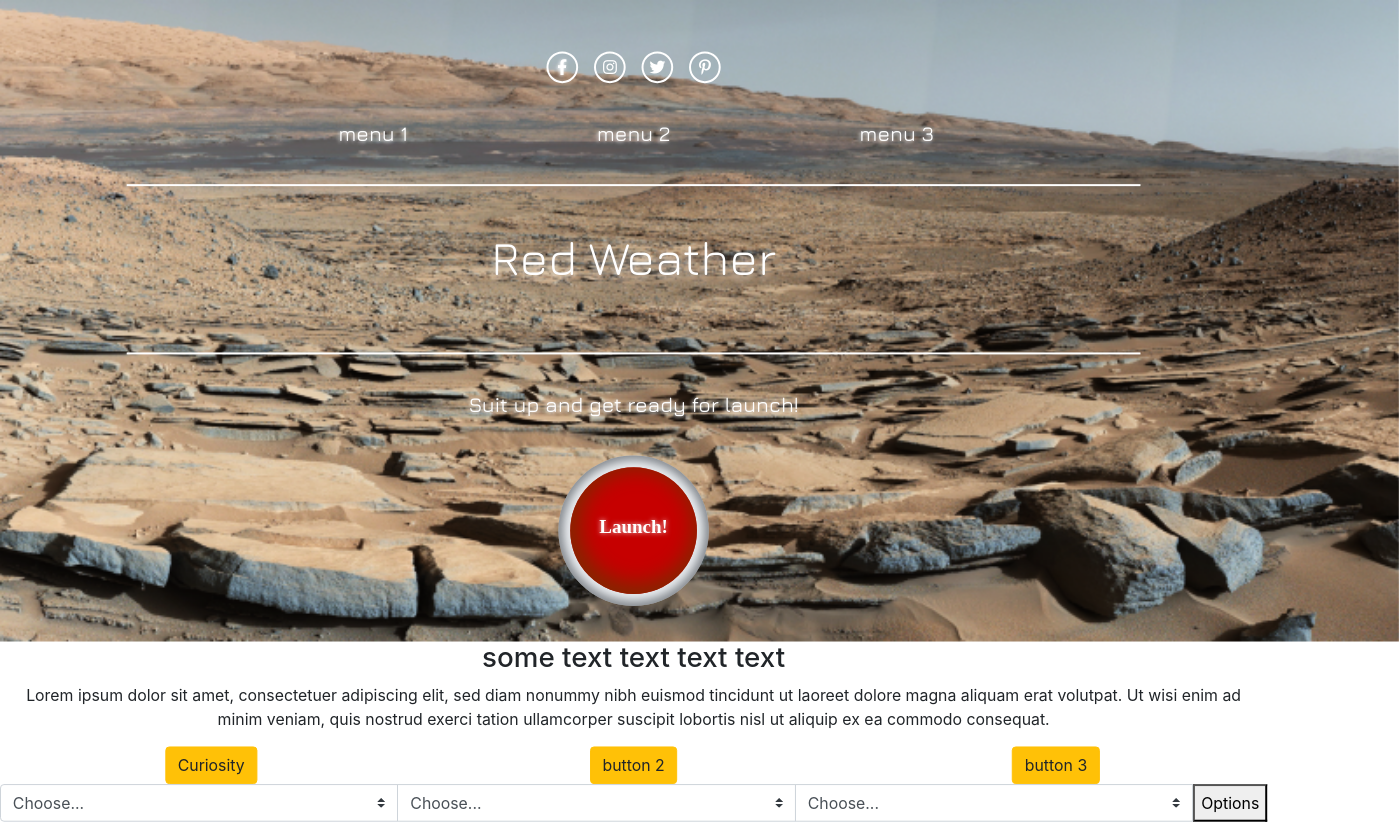
Repository: romqrq/Red-Planet-Explorer
Page: index.html
The author's editor kept a record of every edit. The page is drawn from the files as they stood at one moment, then again after the next edit.
The browser window is 1280 px wide. The page is 1413 px wide, so the pictures cover 1413 px, including what lies to the right of the window. The pictures show the whole page, at 99% of full size.
Some web fonts or font styles are not loaded; a fallback is used. Some web libraries are served in a nearby version.

Above is the page before.
Console error (its wording comes from the project's code and is left out).

### index.html
<!DOCTYPE html>
<html lang="en">

<head>
    <meta charset="UTF-8">
    <meta name="viewport" content="width=device-width, initial-scale=1.0">
    <meta http-equiv="X-UA-Compatible" content="ie=edge">
    <title>Red Weather</title>
    <link rel="stylesheet" href="https://cdnjs.cloudflare.com/ajax/libs/font-awesome/5.10.2/css/all.min.css" type="text/css" />
    <link rel="stylesheet" href="https://stackpath.bootstrapcdn.com/bootstrap/4.3.1/css/bootstrap.min.css" crossorigin="anonymous">
    <link rel="stylesheet" href="assets/css/style.css" type="text/css" />

    <script type="text/javascript" src="assets/js/main.js"></script>
    <!--<script type="text/javascript" src="assets/js/main2.js"></script>-->
    <!--<script type="text/javascript" src="assets/js/main3.js"></script>-->

</head>

<body>
    <header>
        <div class="container-fluid main-screen-container">
            <img class="testbg" src="assets/images/mars.png"></img>
            <div class="row social-row">
                <div class="col-12 social-col">
                    <i class="fab fa-facebook-f round-border text-shadow"></i>
                    <i class="fab fa-instagram round-border"></i>
                    <i class="fab fa-twitter round-border"></i>
                    <i class="fab fa-pinterest-p round-border"></i>
                </div>
            </div>
            <div class="row" role="navigation">
                <a class="col-4 text-right main-text-light text-shadow" href="#">menu 1</a>
                <a class="col-4 text-center main-text-light text-shadow" href="#">menu 2</a>
                <a class="col-4 text-left main-text-light text-shadow" href="#">menu 3</a>
            </div>
            <hr class="hr-divider">
            <div class="row">
                <div class="col-12 text-center">
                    <p class="main-title title-shadow">Red Weather</p>
                </div>
            </div>
            <hr class="hr-divider">
            <div class="row">
                <div class="col-12">
                    <p class="main-text-light text-center text-shadow">Suit up and get ready for launch!</p>
                </div>
            </div>
            <div>
                <div class="launch-button-div">
                    <button class="btn launch-button">Launch!</button>
                </div>
            </div>
            <!--<div class="row">-->
            <!--    <div class=navbar>-->
            <!--        <ul class="navbar-nav">-->
            <!--            <li class="nav-item">-->
            <!--                <a href="#" class="nav-link">menu button 1</a>-->
            <!--            </li>-->
            <!--            <li class="nav-item">-->
            <!--                <a href="#" class="nav-link">menu button 2</a>-->
            <!--            </li>-->
            <!--            <li class="nav-item">-->
            <!--                <a href="#" class="nav-link">menu button 3</a>-->
            <!--            </li>-->
            <!--        </ul>-->
            <!--    </div>-->
            <!--</div>-->
        </div>
        <!--<nav class="navbar navbar-expand-md navbar-dark bg-blue">-->
        <!-- Brand -->
        <!--    <a class="brand-text" href="#"><span class="NE-text">RW</span> | Red Weather</a>-->

        <!-- Toggler/collapsibe Button -->
        <!--    <button class="navbar-toggler" type="button" data-toggle="collapse" data-target="#collapsibleNavbar">-->
        <!--        <span class="navbar-toggler-icon"></span>-->
        <!--    </button>-->

        <!-- Navbar links -->
        <!--    <div class="collapse navbar-collapse" id="collapsibleNavbar">-->
        <!--        <ul class="navbar-nav">-->
        <!--            <li class="nav-item">-->
        <!--                <a class="nav-link" href="#">Link</a>-->
        <!--            </li>-->
        <!--            <li class="nav-item">-->
        <!--                <a class="nav-link" href="#">Link</a>-->
        <!--            </li>-->
        <!--            <li class="nav-item">-->
        <!--                <a class="nav-link" href="#">Link</a>-->
        <!--            </li>-->
        <!--        </ul>-->
        <!--    </div>-->
        <!--</nav>-->
    </header>
    <section class="callout">
        <div class="container-fluid text-center align-middle">
            <div>
                <h3>some text text text text</h3>
                <p>Lorem ipsum dolor sit amet, consectetuer adipiscing elit, sed diam nonummy nibh euismod tincidunt ut laoreet dolore magna aliquam erat volutpat. Ut wisi enim ad minim veniam, quis nostrud exerci tation ullamcorper suscipit lobortis nisl
                    ut aliquip ex ea commodo consequat.</pp>
            </div>
            <div class="row">
                <div class="col-4">
                    <button class="btn btn-warning" onclick="setRover("curiosity")">Curiosity</button>
                </div>
                <div class="col-4">
                    <button class="btn btn-warning" onclick="setDate(" 2015-6-3 ")">button 2</button>
                </div>
                <div class="col-4">
                    <button class="btn btn-warning" onclick="setCam(" FHAZ ")">button 3</button>
                </div>
            </div>
        </div>
    </section>

    <div class="input-group mb-3">
        <select class="custom-select" id="input1">
    <option selected>Choose...</option>
    <option value="curiosity">Curiosity</option>
    <option value="spirit">Spirit</option>
    <option value="3">Three</option>
  </select>
        <select class="custom-select" id="input2">
    <option selected>Choose...</option>
    <option value="2015-6-3">2015-6-3</option>
    <option value="2015-6-4">2015-6-4</option>
    <option value="2015-6-5">2015-6-5</option>
  </select>
        <select class="custom-select" id="input3">
    <option selected>Choose...</option>
    <option value="fhaz">FHAZ</option>
    <option value="rhaz">RHAZ</option>
    <option value="mast">Mast</option>
  </select>
        <button onclick="nameThem()">Options</button>
    </div>


    <div id="data"></div>
    <footer>

    </footer>
    <script src="https://code.jquery.com/jquery-3.3.1.slim.min.js" integrity="sha384-q8i/X+965DzO0rT7abK41JStQIAqVgRVzpbzo5smXKp4YfRvH+8abtTE1Pi6jizo" crossorigin="anonymous"></script>
    <script src="https://cdnjs.cloudflare.com/ajax/libs/popper.js/1.14.7/umd/popper.min.js" integrity="sha384-UO2eT0CpHqdSJQ6hJty5KVphtPhzWj9WO1clHTMGa3JDZwrnQq4sF86dIHNDz0W1" crossorigin="anonymous"></script>
    <script src="https://stackpath.bootstrapcdn.com/bootstrap/4.3.1/js/bootstrap.min.js" integrity="sha384-JjSmVgyd0p3pXB1rRibZUAYoIIy6OrQ6VrjIEaFf/nJGzIxFDsf4x0xIM+B07jRM" crossorigin="anonymous"></script>

</body>

</html>

### assets/css/style.css
/*General*/

@import url('https://fonts.googleapis.com/css?family=Revalia|Roboto:400,500|Jura:300,400,500&display=swap');

.testbg {
    position: absolute;
    top: 0;
    left: 0;
    height: 90vh;
    z-index: -1;
}

a {
    text-decoration: none;
    color: inherit;

}

/*.bg-blue {*/

/*    background-color: #01479e;*/

/*}*/

/*.callout {*/

/*    background-color: #e9ecefb0;*/

/*    height: 50vh;*/

/*}*/

.title-shadow {
    text-shadow: -1px 3px 8px #ffffff9e;
}

.text-shadow {
    text-shadow: -1px 1px 4px #ffffff;
}

.no-side-padding {
    padding-left: 0;
    padding-right: 0;
}

.main-screen-container {
    height: 90vh;
    padding: 1rem;
    /*background-image: url("mars.png");*/
    /*background-position: center;*/
    /*background-repeat: no-repeat;*/
    /*background-size: cover;*/
    /*background-color: black;*/
    display: flex;
    flex-direction: column;
    justify-content: space-evenly;
}

.social-row {
    padding: 1rem;
}

.social-col {
    flex-direction: row;
    display: flex;
    justify-content: center;
}

.round-border {
    border-radius: 50%;
    height: 2rem;
    border: 2px solid white;
    width: 2rem;
    justify-content: center;
    display: flex;
    line-height: 1.8rem;
    color: white;
    margin: 0 0.5rem;
}

.main-text-light {
    color: white;
    font-family: "Jura", "Revalia";
    font-weight: 500;
    font-size: 1.3rem;
}

.main-title {
    font-family: "Revalia", "Jura";
    font-size: 3rem;
    color: white;
    padding: 0 0 0.5rem;
}

.hr-divider {
    border-top: 2px solid rgb(255, 255, 255);
    width: 80vw;
}

.launch-button-div {
    height: 9.5rem;
    width: 9.5rem;
    background-color: #e9ecef;
    padding: 0.75rem;
    border-radius: 50%;
    box-shadow: inset 0px 0px 9px 5px #343a408a;
    margin: auto;
}

.launch-button {
    background-color: #c60000;
    color: white;
    border: 0px solid white;
    font-size: 1.2rem;
    font-family: "Revalia";
    font-weight: 700;
    text-shadow: 0px 0px 5px #ffffffcf;
    padding: 0.5rem 1rem 1rem;
    height: 8rem;
    width: 8rem;
    border-radius: 50%;
    box-shadow: inset 3px -4px 20px 7px #842600;
}

/*.main-subtitle {*/

/*    color: white;*/

/*    font-family: "Jura", "Revalia";*/

/*    font-weight: 500;*/

/*    font-size: 1.3rem;*/

/*}*/

### assets/js/main.js
var roverName = "curiosity";
var solNumber = ""; //"&sol=1000";
var camName = "&camera=FHAZ";
var pageNumber = ""; //"&page=1"
var earthDate = "" //"earth_date=2015-6-3"

//WORKS xhr.open("GET", "https://api.nasa.gov/insight_weather/?api_key=unJZiQapXhyZamSl37P8FEh7Zlssi7xmaIF4l95b&feedtype=json&ver=1.0");
//WORKS xhr.open("GET", "https://api.nasa.gov/mars-photos/api/v1/rovers/curiosity/latest_photos?api_key=unJZiQapXhyZamSl37P8FEh7Zlssi7xmaIF4l95b&feedtype=json&ver=1.0");
//WORKS xhr.open("GET", "https://api.nasa.gov/mars-photos/api/v1/manifests/curiosity?api_key=unJZiQapXhyZamSl37P8FEh7Zlssi7xmaIF4l95b&feedtype=json&ver=1.0");
function nameThem(cb) {
	var firstInput = document.getElementById("input1");
	var roverName = firstInput.options[firstInput.selectedIndex].value;

	var secondInput = document.getElementById("input2");
	var earthDate = `earth_date=${secondInput.options[secondInput.selectedIndex].value}`;

	var thirdInput = document.getElementById("input3");
	var camName = `&camera=${thirdInput.options[thirdInput.selectedIndex].value}`;

	var xhr = new XMLHttpRequest();
	xhr.open("GET", `https://api.nasa.gov/mars-photos/api/v1/rovers/${roverName}/photos?${earthDate}${solNumber}${camName}${pageNumber}&api_key=unJZiQapXhyZamSl37P8FEh7Zlssi7xmaIF4l95b`);
	xhr.send();

	xhr.onreadystatechange = function() {
		if (this.readyState == 4 && this.status == 200) {
			// document.getElementById("data").innerHTML = JSON.parse(this.responseText);
			console.log(JSON.parse(this.responseText));
			cb(JSON.parse(this.responseText));
		}
	};


	function writeToDocument() {
		var el = document.getElementById("data");
		el.innerHTML = "";

		nameThem(function(data) {
			data = data.photos;

			data.forEach(function(item) {
				el.innerHTML += `<img src=${item.img_src} height=150 width=150>`;
			});
		});
	}
}



// function getLatest(cb) {
//     var xhr = new XMLHttpRequest();

//     xhr.onreadystatechange = function() {
//         if (this.readyState == 4 && this.status == 200) {
//             // document.getElementById("data").innerHTML = JSON.parse(this.responseText);
//             console.log(JSON.parse(this.responseText));
//             cb(JSON.parse(this.responseText));
//         }
//     };

//     xhr.open("GET", "https://api.nasa.gov/mars-photos/api/v1/rovers/curiosity/latest_photos?api_key=unJZiQapXhyZamSl37P8FEh7Zlssi7xmaIF4l95b&feedtype=json&ver=1.0");
//     xhr.send();
// }

// function writeToDocument() {
//     var el = document.getElementById("data");
//     el.innerHTML = "";

//     getLatest(function(data) {
//         data = data.latest_photos;

//         data.forEach(function(item) {
//             el.innerHTML += `<img src=${item.img_src} height=150 width=150>`;
//         });
//     });
// }

After the next edit:
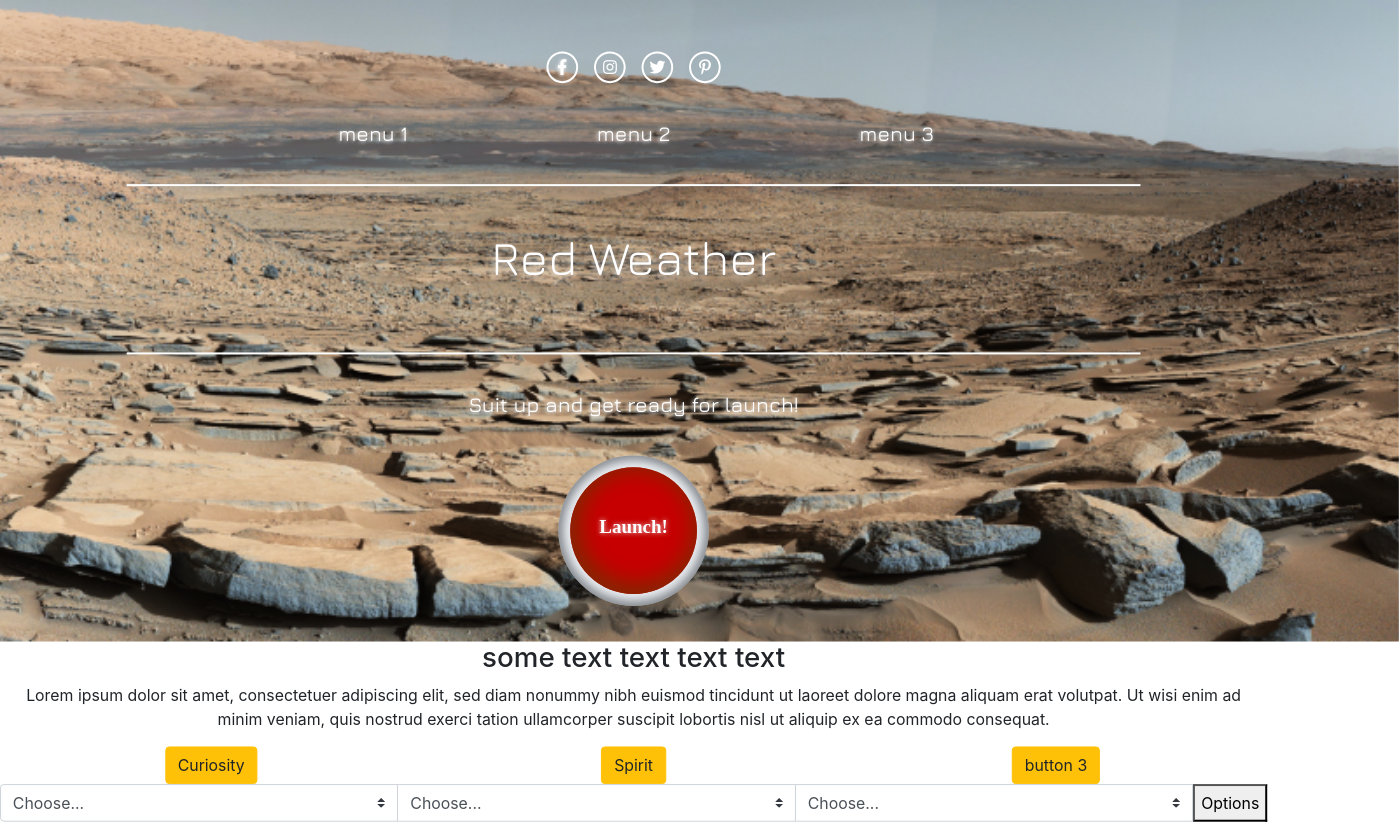
The edit:
--- a/index.html
+++ b/index.html
@@ -103,7 +103,7 @@
                     <button class="btn btn-warning" onclick="setRover("curiosity")">Curiosity</button>
                 </div>
                 <div class="col-4">
-                    <button class="btn btn-warning" onclick="setDate(" 2015-6-3 ")">button 2</button>
+                    <button class="btn btn-warning" onclick="setRover("spirit")">Spirit</button>
                 </div>
                 <div class="col-4">
                     <button class="btn btn-warning" onclick="setCam(" FHAZ ")">button 3</button>
